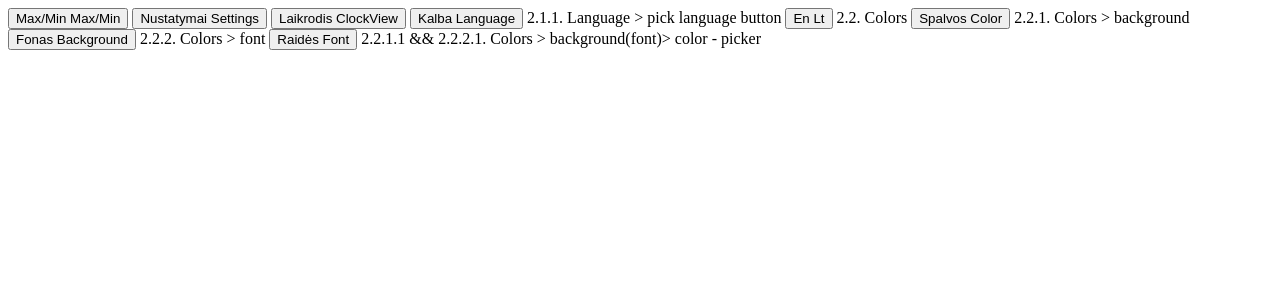
Repository: Skaidrius/WordClock
Page: directives/clock-buttons.html
The author's editor kept a record of every edit. The page is drawn from the files as they stood at one moment, then again after the next edit.
The browser window is 1280 px wide. The pictures show the whole page.

Above is the page before.

After the next edit:
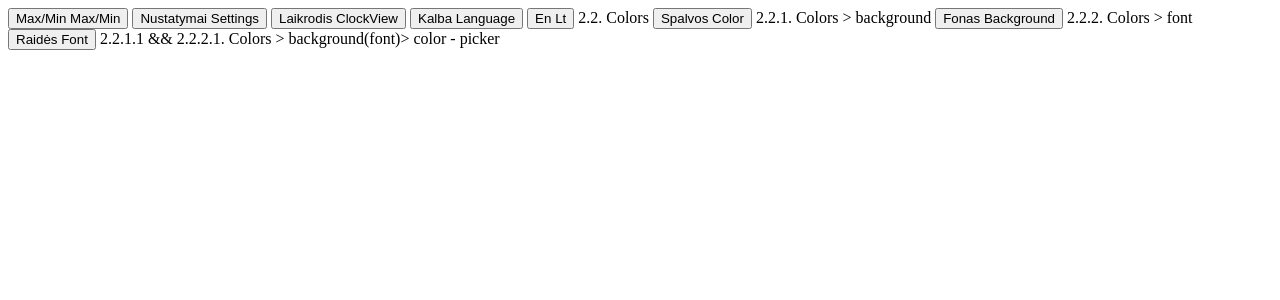
The edit:
--- a/directives/clock-buttons.html
+++ b/directives/clock-buttons.html
@@ -24,7 +24,7 @@
     <span ng-show="en">Language</span>
 </button>
 
-2.1.1. Language > pick language button
+<!--2.1.1. Language > pick language button-->
 <button ng-show="change && sets && lang">
     <span ng-show="lt" ng-click="en=true; lt=false; change=!change">En</span>
     <span ng-show="en" ng-click="en=false; lt=true; change=!change">Lt</span>
